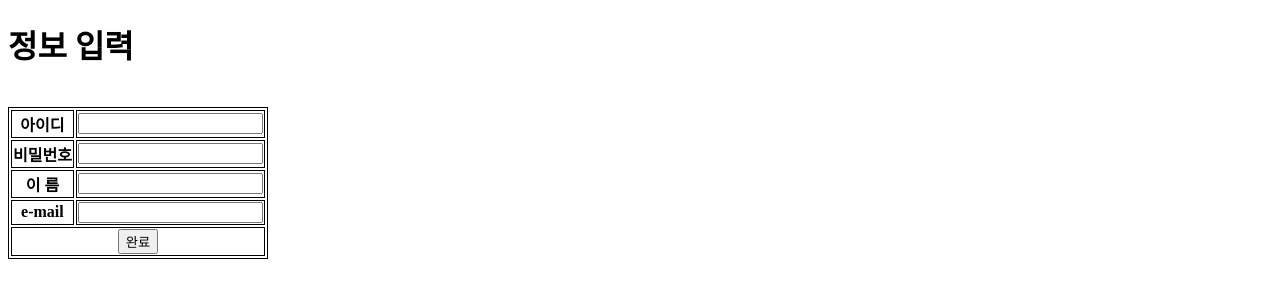
Repository: Jh1227/JSP
Page: http://localhost/12_EL/ex02_param/memberForm.jsp
An editor plug-in stored every save of this project. The page is shown before and after the next save, followed by the edit.
The browser window is 1280 px wide. The pictures show the whole page.
The page is served by Tomcat 9. Other server files are loaded and not shown.

Above is the page before, as saved 2023-04-10 01:13:14.

### 12_EL/src/main/webapp/ex02_param/memberForm.jsp

<!-- ex02_param/memberForm.jsp -->

<%@ page language="java" contentType="text/html; charset=UTF-8"
    pageEncoding="UTF-8"%>
<!DOCTYPE html>
<html>
<head>
<meta charset="UTF-8">
<title>memberForm.jsp</title>
<!--
	# MemberBean 의 정보(id, pw, 이름, e-mail)을 입력받은 결과를 'memberPro.jsp' 확인하는 페이지를 구현하세요
-->
<style type="text/css">
table, th, td { border: 1px solid black; }
</style>
</head>
<body>
	<h1>정보 입력</h1>
	<br>
	<form action="memberPro.jsp" method ="post">
		<table>
			<tr>
				<th> 아이디 </th>
				<td><input type ="text" name ="id"></td>
			</tr>
			<tr>
				<th> 비밀번호 </th>
				<td><input type ="password" name ="pwd"></td>
			</tr>
			<tr>
				<th> 이 름 </th>
				<td><input type ="text" name ="name"></td>
			</tr>
			<tr>
				<th> e-mail </th>
				<td><input type ="text" name ="email"></td>
			</tr>
			<tr>
				<td colspan ="2" align ="center">
					<input type ="submit" value ="완료">
				</td>
			</tr>
		</table>
	</form>
</body>
</html>

After the next save:
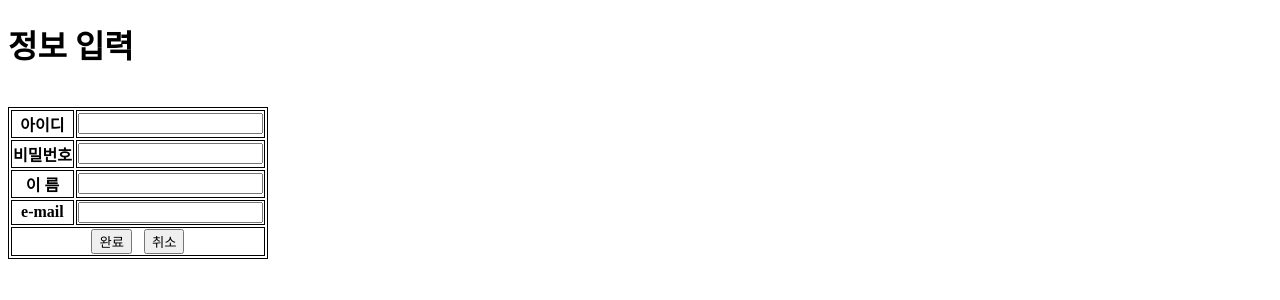
Saved 20 min 43 s later.
--- a/12_EL/src/main/webapp/ex02_param/memberForm.jsp
+++ b/12_EL/src/main/webapp/ex02_param/memberForm.jsp
@@ -38,7 +38,7 @@ table, th, td { border: 1px solid black; }
 			</tr>
 			<tr>
 				<td colspan ="2" align ="center">
-					<input type ="submit" value ="완료">
+					<input type ="submit" value ="완료"> &nbsp; <input type ="reset" value ="취소">
 				</td>
 			</tr>
 		</table>
